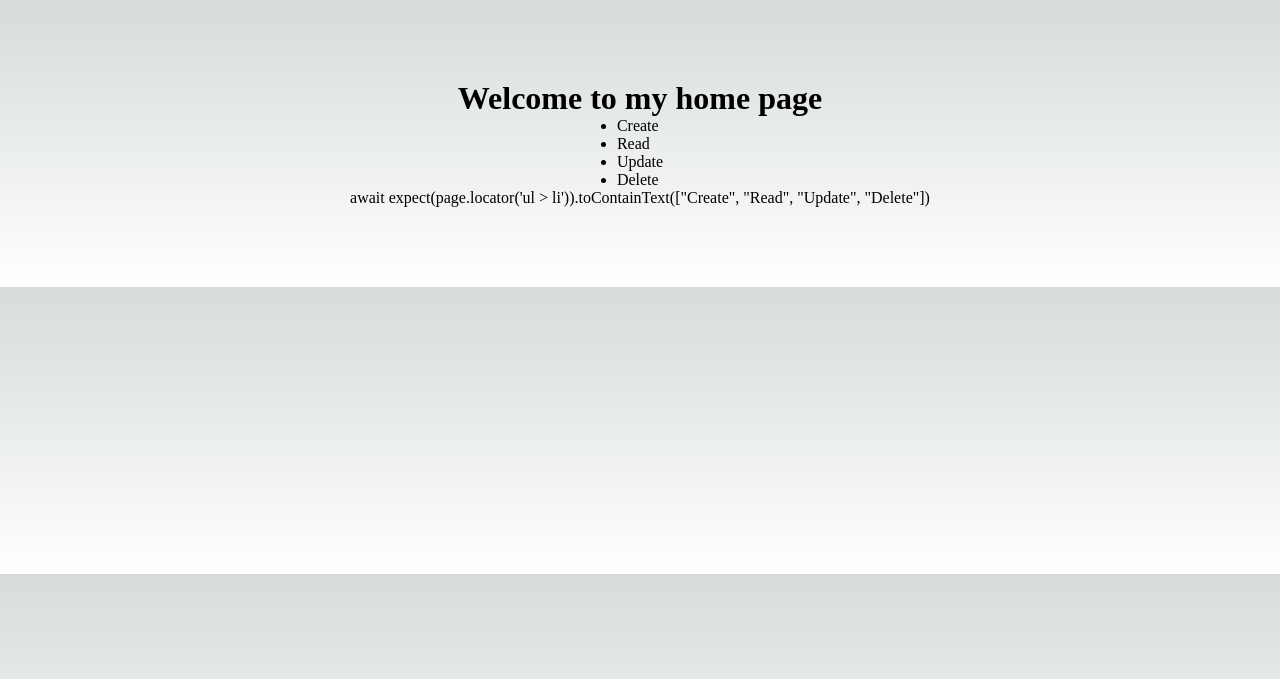
Repository: giovanabirck/class04-playwright
Page: /
These files come from the project's save history. The page is drawn as it stood at one moment and after the next save; the edit follows.
The browser window is 1280 px wide. The pictures show the whole page.
The project was rebuilt for these pictures with package versions that can differ from the ones it lists, and the page was loaded fresh each time. The framework's server and built-in components were replaced by stand-ins that run in the browser. Also part of the build but not shown: next.config.js.

Above is the page before, as saved 2023-01-26 14:57:58.

### pages/index.js
import Head from 'next/head'
import Image from 'next/image'
import { Inter } from '@next/font/google'
import styles from '@/styles/Home.module.css'

const inter = Inter({ subsets: ['latin'] })

export default function Home() {
  return (
    <>
      <Head>
        <title>Example #1</title>
        <meta name="description" content="Generated by create next app" />
        <meta name="viewport" content="width=device-width, initial-scale=1" />
        <link rel="icon" href="/favicon.ico" />
      </Head>
      <main className={styles.main}>
        <h1>Welcome to my home page</h1>
        <ul>
          <li>Create</li>
          <li>Read</li>
          <li>Update</li>
          <li>Delete</li>
        </ul>
        await expect(page.locator('ul > li')).toContainText(["Create", "Read", "Update", "Delete"])
      </main>
    </>
  )
}

### styles/Home.module.css
.container {
  min-height: 100vh;
  padding: 0 0.5rem;
  display: flex;
  flex-direction: column;
  justify-content: center;
  align-items: center;
}

.main {
  padding: 5rem 0;
  flex: 1;
  display: flex;
  flex-direction: column;
  justify-content: center;
  align-items: center;
}

.footer {
  width: 100%;
  height: 100px;
  border-top: 1px solid #eaeaea;
  display: flex;
  justify-content: center;
  align-items: center;
}

.footer a {
  display: flex;
  justify-content: center;
  align-items: center;
  flex-grow: 1;
}

.title a {
  color: #0070f3;
  text-decoration: none;
}

.title a:hover,
.title a:focus,
.title a:active {
  text-decoration: underline;
}

.title {
  margin: 0;
  line-height: 1.15;
  font-size: 4rem;
}

.title,
.description {
  text-align: center;
}

.description {
  line-height: 1.5;
  font-size: 1.5rem;
}

.code {
  background: #fafafa;
  border-radius: 5px;
  padding: 0.75rem;
  font-size: 1.1rem;
  font-family: Menlo, Monaco, Lucida Console, Liberation Mono, DejaVu Sans Mono,
    Bitstream Vera Sans Mono, Courier New, monospace;
}

.grid {
  display: flex;
  align-items: center;
  justify-content: center;
  flex-wrap: wrap;
  max-width: 800px;
  margin-top: 3rem;
}

.grid__container {
  display: grid;
  grid-template-columns: auto auto auto;
  background-color: #2196F3;
  padding: 10px;
}
.grid__item {
  background-color: rgba(255, 255, 255, 0.8);
  border: 1px solid rgba(0, 0, 0, 0.8);
  padding: 20px;
  font-size: 30px;
  text-align: center;
}

.card {
  margin: 1rem;
  padding: 1.5rem;
  text-align: left;
  color: inherit;
  text-decoration: none;
  border: 1px solid #eaeaea;
  border-radius: 10px;
  transition: color 0.15s ease, border-color 0.15s ease;
  width: 45%;
}

.card:hover,
.card:focus,
.card:active {
  color: #0070f3;
  border-color: #0070f3;
}

.card h2 {
  margin: 0 0 1rem 0;
  font-size: 1.5rem;
}

.card p {
  margin: 0;
  font-size: 1.25rem;
  line-height: 1.5;
}

.logo {
  height: 1em;
  margin-left: 0.5rem;
}

@media (max-width: 600px) {
  .grid {
    width: 100%;
    flex-direction: column;
  }
}

Loaded but not shown: pages/_app.js (common file); pages/_document.js (common file); styles/globals.css (common file)

After the next save:
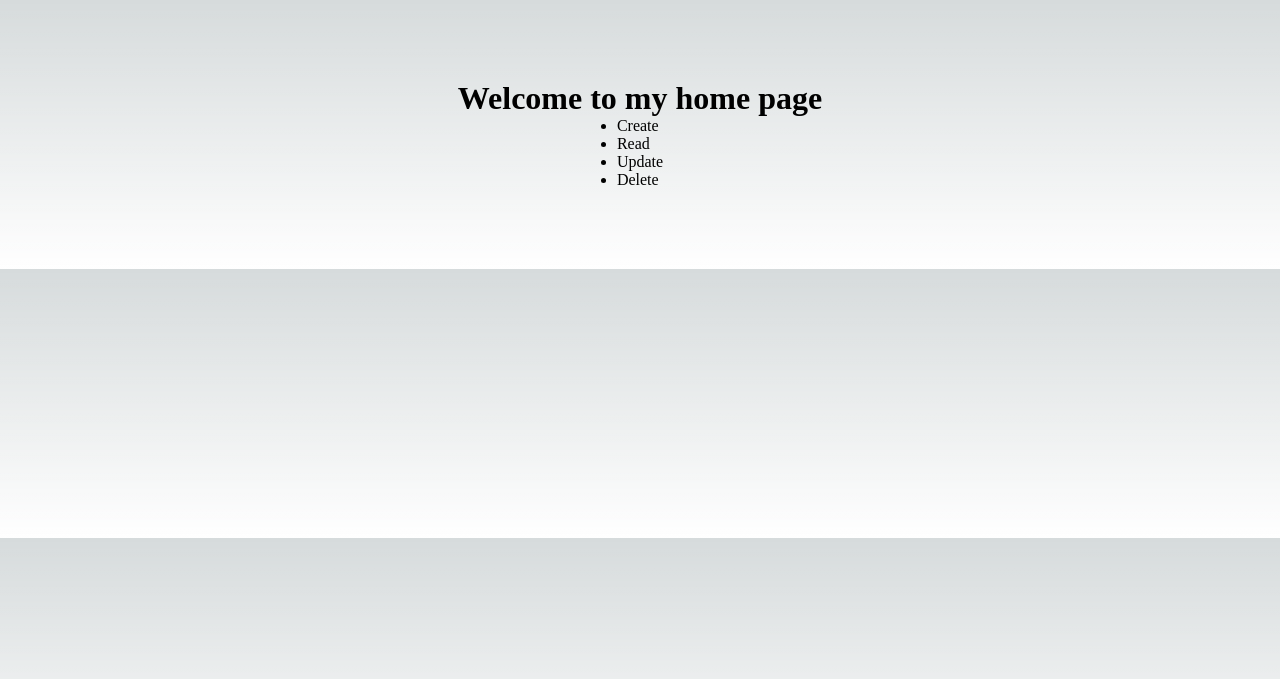
Saved 5 s later.
--- a/pages/index.js
+++ b/pages/index.js
@@ -22,7 +22,6 @@ export default function Home() {
           <li>Update</li>
           <li>Delete</li>
         </ul>
-        await expect(page.locator('ul > li')).toContainText(["Create", "Read", "Update", "Delete"])
       </main>
     </>
   )
